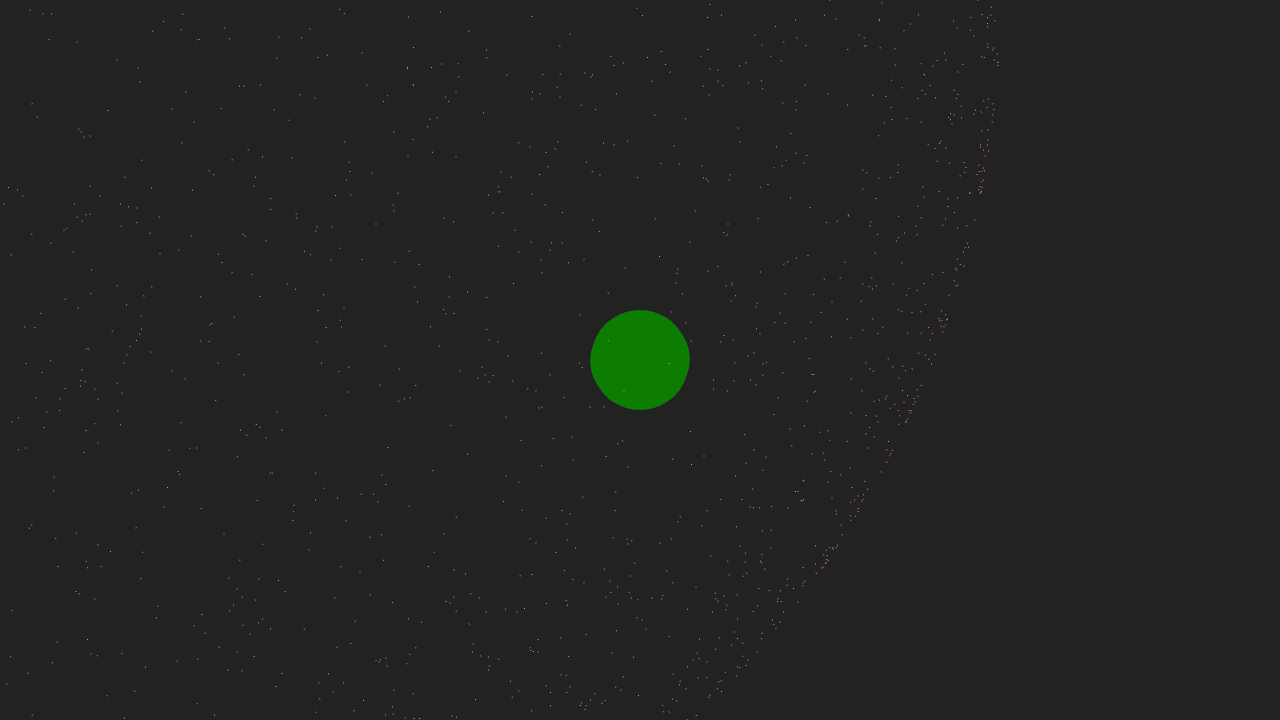
Repository: ZakariaZhlat125/multiple3dWindow
Page: index.html
An editor plug-in stored every save of this project. The page is shown before and after the next save, followed by the edit.
The browser window is 1280 px wide. The pictures show the whole page.

Above is the page before, as saved 2023-12-03 22:37:42.

### main.js
import WindowManager from "./WindowManager.js";

const t = THREE;
let camera, scene, renderer, world;
let near, far;
let pixR = window.devicePixelRatio ? window.devicePixelRatio : 1;
let balls = [];
let starsGroup;
let sceneOffsetTarget = { x: 0, y: 0 };
let sceneOffset = { x: 0, y: 0 };

let today = new Date();

today.setHours(0);
today.setMinutes(0);
today.setSeconds(0);
today.setMilliseconds(0);
today = today.getTime();

let internalTime = getTime();
let windowManager;
let initialized = false;

// get time in seconds since beginning of the day (so that all windows use the same time)
function getTime() {
  return (new Date().getTime() - today) / 1000.0;
}

if (new URLSearchParams(window.location.search).get("clear")) {
  localStorage.clear();
} else {
  // this code is essential to circumvent that some browsers preload the content of some pages before you actually hit the url
  document.addEventListener("visibilitychange", () => {
    if (document.visibilityState != "hidden" && !initialized) {
      init();
    }
  });

  window.onload = () => {
    if (document.visibilityState != "hidden") {
      init();
    }
  };

  function init() {
    initialized = true;

    // add a short timeout because window.offsetX reports wrong values before a short period
    setTimeout(() => {
      setupScene();
      setupWindowManager();
      resize();
      updateWindowShape(false);
      render();
      window.addEventListener("resize", resize);
      changeBallColors();
      createStars();
      setInterval(updateStarsPosition, 4000); // Update stars' positions every 4 seconds
    }, 500);
  }

  function setupScene() {
    camera = new t.OrthographicCamera(
      0,
      0,
      window.innerWidth,
      window.innerHeight,
      -10000,
      10000
    );

    camera.position.z = 2.5;
    near = camera.position.z - 0.5;
    far = camera.position.z + 0.5;

    scene = new t.Scene();
    scene.background = new t.Color(0x222222);
    scene.add(camera);

    renderer = new t.WebGLRenderer({ antialias: true, depthBuffer: true });
    renderer.setPixelRatio(pixR);
	starsGroup = new t.Group();
	scene.add(starsGroup);
    world = new t.Object3D();
    scene.add(world);

    renderer.domElement.setAttribute("id", "scene");
    document.body.appendChild(renderer.domElement);
  }

  function setupWindowManager() {
    windowManager = new WindowManager();
    windowManager.setWinShapeChangeCallback(updateWindowShape);
    windowManager.setWinChangeCallback(windowsUpdated);

    let metaData = { foo: "bar" };

    windowManager.init(metaData);

    windowsUpdated();
  }

  function windowsUpdated() {
    updateBalls();
  }

  function updateBalls() {
    let wins = windowManager.getWindows();

    balls.forEach((c) => {
      world.remove(c);
    });

    balls = [];

    for (let i = 0; i < wins.length; i++) {
      let win = wins[i];
      let c = new t.Color();
      c.setHSL(i * 0.1, 1.0, 0.5);
      let radius = 50 + i * 20;
      let segments = 16;
      let geometry = new t.SphereGeometry(radius, segments, segments);
      let material = new t.MeshBasicMaterial({ color: c });
      let ball = new t.Mesh(geometry, material);

      ball.position.x = win.shape.x + win.shape.w * 0.5;
      ball.position.y = win.shape.y + win.shape.h * 0.5;

      world.add(ball);
      balls.push(ball);
    }
  }

  function updateWindowShape(easing = true) {
    sceneOffsetTarget = { x: -window.screenX, y: -window.screenY };
    if (!easing) sceneOffset = sceneOffsetTarget;
  }

  function render() {
    let t = getTime();

    windowManager.update();

    let falloff = 0.05;
    sceneOffset.x =
      sceneOffset.x + (sceneOffsetTarget.x - sceneOffset.x) * falloff;
    sceneOffset.y =
      sceneOffset.y + (sceneOffsetTarget.y - sceneOffset.y) * falloff;

    world.position.x = sceneOffset.x;
    world.position.y = sceneOffset.y;

    let wins = windowManager.getWindows();

    for (let i = 0; i < balls.length; i++) {
      let ball = balls[i];
      let win = wins[i];
      let _t = t;

      let posTarget = {
        x: win.shape.x + win.shape.w * 0.5,
        y: win.shape.y + win.shape.h * 0.5,
      };

      ball.position.x =
        ball.position.x + (posTarget.x - ball.position.x) * falloff;
      ball.position.y =
        ball.position.y + (posTarget.y - ball.position.y) * falloff;
      ball.rotation.x = _t * 0.5;
      ball.rotation.y = _t * 0.3;
    }
	starsGroup.rotation.x -= 0.005;
	starsGroup.rotation.y -= 0.008;
    renderer.render(scene, camera);
    requestAnimationFrame(render);
  }

  function changeBallColors() {
    setInterval(() => {
      balls.forEach((ball) => {
        const randomColor = Math.random() * 0xffffff;
        ball.material.color.setHex(randomColor);
      });
    }, 2000);
  }

  function createStars() {
    const sphere = new Float32Array(20000);
    const { radius } = { radius: 1000 };

    for (let i = 0; i < sphere.length; i += 3) {
      const [x, y, z] = randomInSphere(radius);
      sphere[i] = x;
      sphere[i + 1] = y;
      sphere[i + 2] = z;
    }

    const geometry = new t.BufferGeometry();
    geometry.setAttribute("position", new t.BufferAttribute(sphere, 3));

    const material = new t.PointsMaterial({
      transparent: true,
      color: 0xf272c8,
      size: 0.003,
      sizeAttenuation: true,
      depthWrite: false,
    });

    const points = new t.Points(geometry, material);
    starsGroup.add(points);
  }

  function randomInSphere(radius) {
    const u = Math.random();
    const v = Math.random();
    const theta = 2 * Math.PI * u;
    const phi = Math.acos(2 * v - 1);
    const x = radius * Math.sin(phi) * Math.cos(theta);
    const y = radius * Math.sin(phi) * Math.sin(theta);
    const z = radius * Math.cos(phi);
    return [x, y, z];
  }

  function resize() {
    let width = window.innerWidth;
    let height = window.innerHeight;

    camera = new t.OrthographicCamera(0, width, 0, height, -10000, 10000);
    camera.updateProjectionMatrix();
    renderer.setSize(width, height);
  }

  function updateStarsPosition() {
	starsGroup.remove(starsGroup.children[0]); // Remove the previous stars from starsGroup
	createStars();
  }
}

### WindowManager.js
class WindowManager
{
	#windows;
	#count;
	#id;
	#winData;
	#winShapeChangeCallback;
	#winChangeCallback;

	constructor ()
	{
		let that = this;

		// event listener for when localStorage is changed from another window
		addEventListener("storage", (event) =>
		{
			if (event.key == "windows")
			{
				let newWindows = JSON.parse(event.newValue);
				let winChange = that.#didWindowsChange(that.#windows, newWindows);

				that.#windows = newWindows;

				if (winChange)
				{
					if (that.#winChangeCallback) that.#winChangeCallback();
				}
			}
		});

		// event listener for when current window is about to ble closed
		window.addEventListener('beforeunload', function (e)
		{
			let index = that.getWindowIndexFromId(that.#id);

			//remove this window from the list and update local storage
			that.#windows.splice(index, 1);
			that.updateWindowsLocalStorage();
		});
	}

	// check if theres any changes to the window list
	#didWindowsChange (pWins, nWins)
	{
		if (pWins.length != nWins.length)
		{
			return true;
		}
		else
		{
			let c = false;

			for (let i = 0; i < pWins.length; i++)
			{
				if (pWins[i].id != nWins[i].id) c = true;
			}

			return c;
		}
	}

	// initiate current window (add metadata for custom data to store with each window instance)
	init (metaData)
	{
		this.#windows = JSON.parse(localStorage.getItem("windows")) || [];
		this.#count= localStorage.getItem("count") || 0;
		this.#count++;

		this.#id = this.#count;
		let shape = this.getWinShape();
		this.#winData = {id: this.#id, shape: shape, metaData: metaData};
		this.#windows.push(this.#winData);

		localStorage.setItem("count", this.#count);
		this.updateWindowsLocalStorage();
	}

	getWinShape ()
	{
		let shape = {x: window.screenLeft, y: window.screenTop, w: window.innerWidth, h: window.innerHeight};
		return shape;
	}

	getWindowIndexFromId (id)
	{
		let index = -1;

		for (let i = 0; i < this.#windows.length; i++)
		{
			if (this.#windows[i].id == id) index = i;
		}

		return index;
	}

	updateWindowsLocalStorage ()
	{
		localStorage.setItem("windows", JSON.stringify(this.#windows));
	}

	update ()
	{
		//console.log(step);
		let winShape = this.getWinShape();

		//console.log(winShape.x, winShape.y);

		if (winShape.x != this.#winData.shape.x ||
			winShape.y != this.#winData.shape.y ||
			winShape.w != this.#winData.shape.w ||
			winShape.h != this.#winData.shape.h)
		{

			this.#winData.shape = winShape;

			let index = this.getWindowIndexFromId(this.#id);
			this.#windows[index].shape = winShape;

			//console.log(windows);
			if (this.#winShapeChangeCallback) this.#winShapeChangeCallback();
			this.updateWindowsLocalStorage();
		}
	}

	setWinShapeChangeCallback (callback)
	{
		this.#winShapeChangeCallback = callback;
	}

	setWinChangeCallback (callback)
	{
		this.#winChangeCallback = callback;
	}

	getWindows ()
	{
		return this.#windows;
	}

	getThisWindowData ()
	{
		return this.#winData;
	}

	getThisWindowID ()
	{
		return this.#id;
	}
}

export default WindowManager;

Loaded but not shown: index.html (common file); three.r124.min.js (library)

After the next save:
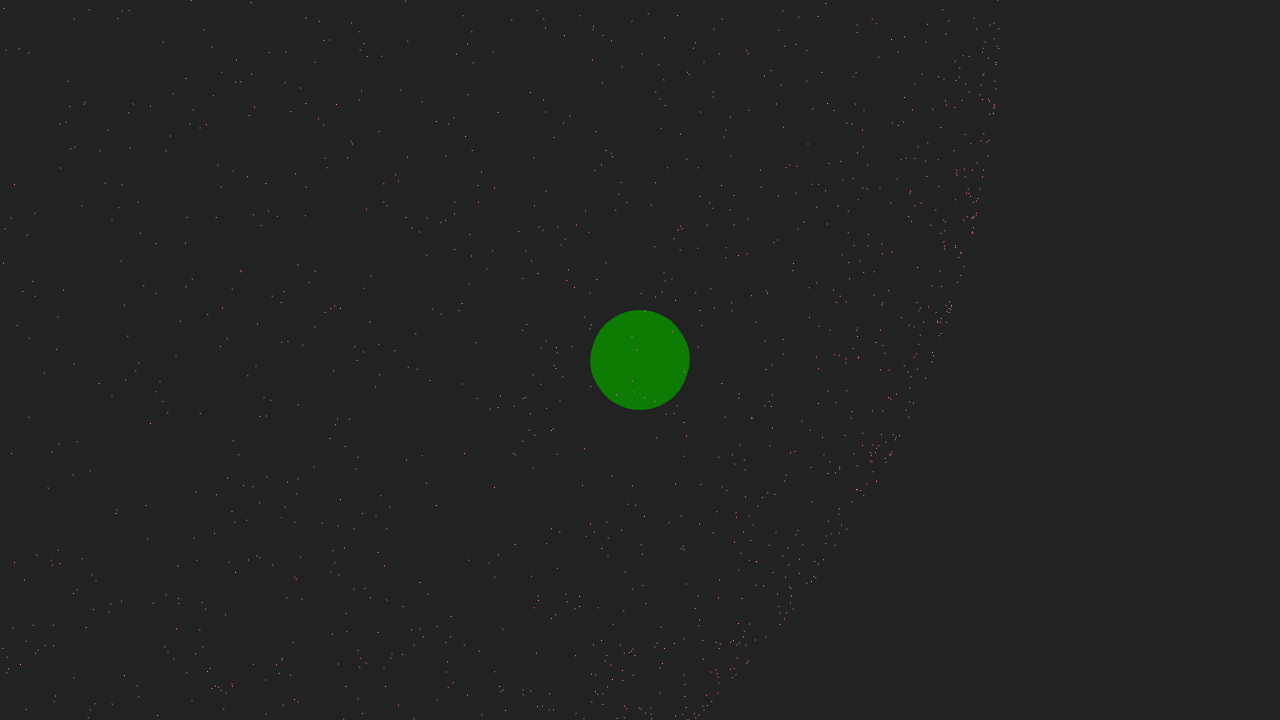
Saved 29 s later.
--- a/main.js
+++ b/main.js
@@ -169,8 +169,8 @@ if (new URLSearchParams(window.location.search).get("clear")) {
       ball.rotation.x = _t * 0.5;
       ball.rotation.y = _t * 0.3;
     }
-	starsGroup.rotation.x -= 0.005;
-	starsGroup.rotation.y -= 0.008;
+	starsGroup.rotation.x -= 0.05;
+	starsGroup.rotation.y -= 0.08;
     renderer.render(scene, camera);
     requestAnimationFrame(render);
   }
